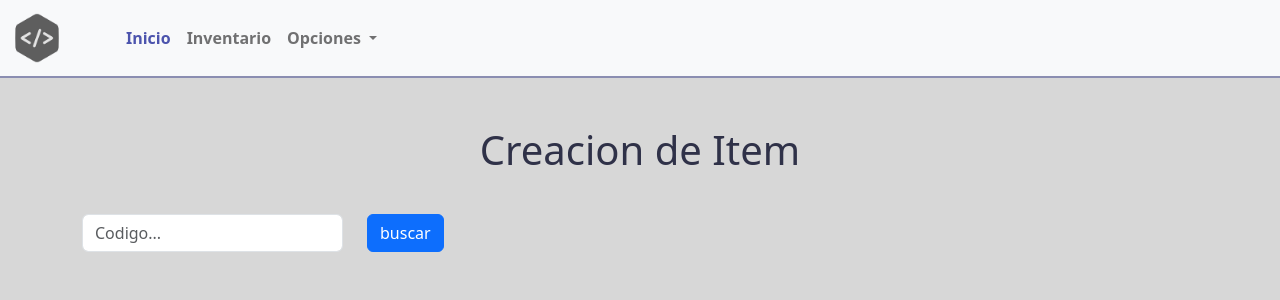
Repository: ingandresmolero/AdministrativoBarber
Page: http://localhost/views/operacion/add_stock.php
The author's editor kept a copy of each file at every save. The page is drawn from the files as they stood at one save, then again after the next save.
The browser window is 1280 px wide. The pictures show the whole page.
The page is run by PHP 8.4 with error messages shown; the project is at /var/www/html/. The session is filled in as if someone had signed in: {"username": 1, "rol": "master"}. Style sheets and scripts are compiled from the project's sources, by tool versions that may differ from the author's.

Above is the page before, as saved 2023-05-14 18:56:57.

After the next save:
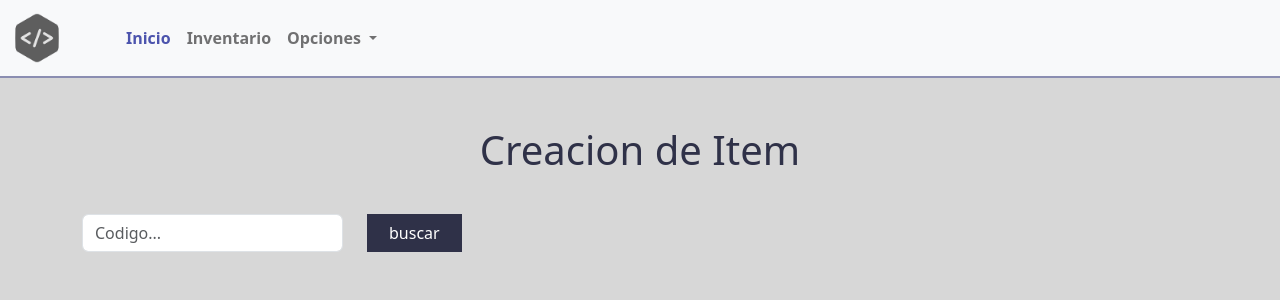
Saved 74 s later.
--- a/NEW/views/operacion/add_stock.php
+++ b/NEW/views/operacion/add_stock.php
@@ -32,7 +32,7 @@ include("../../php/dbconn.php");
                         <input type="tex" class="form-control" name="codigo" id="" placeholder="Codigo...">
                     </div>
                     <div class="col-lg-3">
-                        <input type="submit" class="btn btn-primary" id="buscar" value="buscar" name="buscar">
+                        <input type="submit" class="btn-style-1" id="buscar" value="buscar" name="buscar">
                     </div>
                 </div>
         </div>
